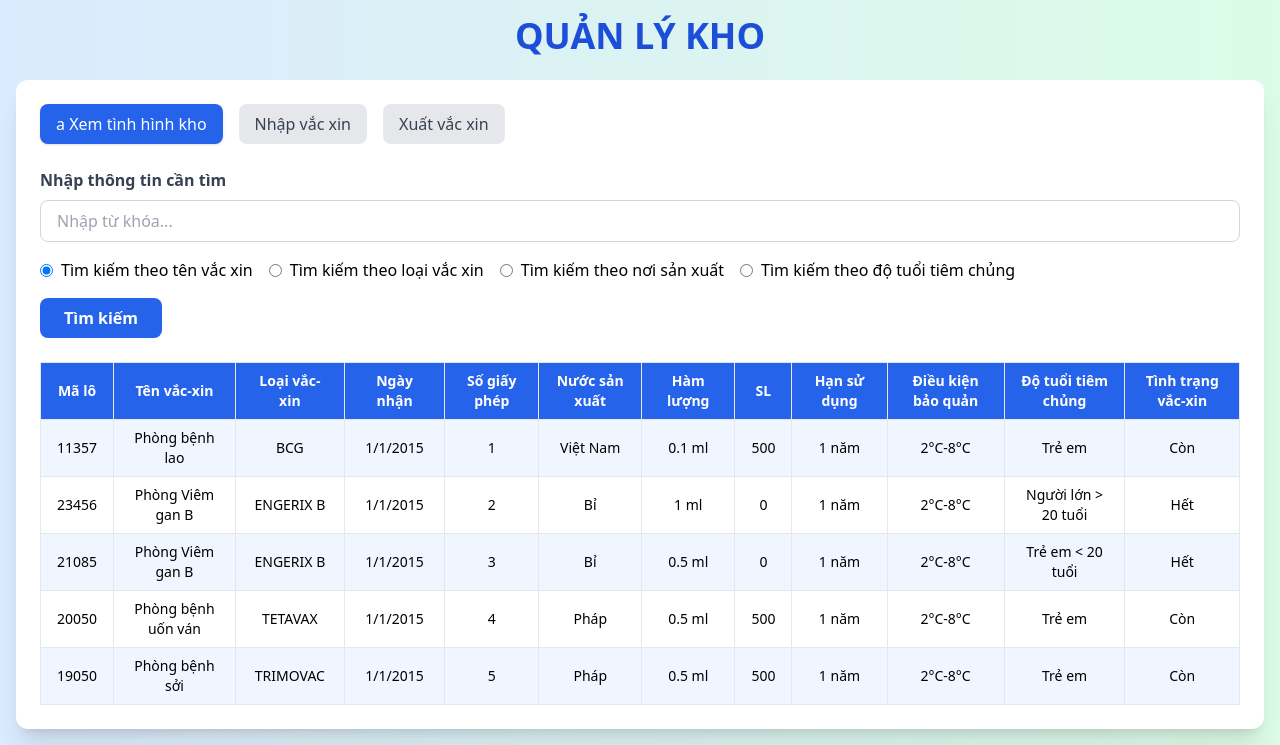
Repository: junior-viet-tri-dao/vaccination-project
Page: vaccination/bin/src/main/resources/templates/warehouse.html
The author's editor kept a copy of each file at every save. The page is drawn from the files as they stood at one save, then again after the next save.
The browser window is 1280 px wide. The pictures show the whole page.
Some web libraries are served in a nearby version.

Above is the page before, as saved 2025-09-03 21:26:22.

### vaccination/bin/src/main/resources/templates/warehouse.html
<!DOCTYPE html>
<html xmlns:th="http://www.thymeleaf.org" lang="vi">
    <head>
        <meta charset="UTF-8" />
        <title>Quản lý kho vắc xin</title>
        <meta name="viewport" content="width=device-width, initial-scale=1.0" />
        <script src="https://cdn.tailwindcss.com"></script>
    </head>
    <body class="bg-gradient-to-r from-blue-100 to-green-100 min-h-screen p-4">
        <!-- Tiêu đề trang -->
        <div class="max-w-7xl mx-auto mb-6">
            <h1 class="text-4xl font-bold text-blue-700 text-center uppercase">
                Quản lý kho
            </h1>
        </div>

        <div class="max-w-7xl mx-auto bg-white shadow-xl rounded-xl p-6">
            <!-- Tabs -->
            <div class="flex space-x-4 mb-6">
                <button
                    class="bg-blue-600 text-white px-4 py-2 rounded-lg shadow"
                >
                    a Xem tình hình kho
                </button>
                <button
                    class="bg-gray-200 text-gray-700 px-4 py-2 rounded-lg hover:bg-gray-300"
                >
                    Nhập vắc xin
                </button>
                <button
                    class="bg-gray-200 text-gray-700 px-4 py-2 rounded-lg hover:bg-gray-300"
                >
                    Xuất vắc xin
                </button>
            </div>

            <!-- Tìm kiếm -->
            <div class="mb-6">
                <label class="block mb-2 font-semibold text-gray-700"
                    >Nhập thông tin cần tìm</label
                >
                <input
                    type="text"
                    placeholder="Nhập từ khóa..."
                    class="w-full mb-4 px-4 py-2 border border-gray-300 rounded-lg focus:ring-2 focus:ring-blue-500"
                />

                <div
                    class="space-y-2 md:space-y-0 md:flex md:items-center md:space-x-4"
                >
                    <label class="flex items-center">
                        <input
                            type="radio"
                            name="searchType"
                            value="name"
                            checked
                            class="mr-2"
                        />
                        Tìm kiếm theo tên vắc xin
                    </label>
                    <label class="flex items-center">
                        <input
                            type="radio"
                            name="searchType"
                            value="type"
                            class="mr-2"
                        />
                        Tìm kiếm theo loại vắc xin
                    </label>
                    <label class="flex items-center">
                        <input
                            type="radio"
                            name="searchType"
                            value="origin"
                            class="mr-2"
                        />
                        Tìm kiếm theo nơi sản xuất
                    </label>
                    <label class="flex items-center">
                        <input
                            type="radio"
                            name="searchType"
                            value="age"
                            class="mr-2"
                        />
                        Tìm kiếm theo độ tuổi tiêm chủng
                    </label>
                </div>

                <button
                    class="mt-4 bg-blue-600 hover:bg-blue-700 text-white px-6 py-2 rounded-lg font-semibold transition"
                >
                    Tìm kiếm
                </button>
            </div>
            <!-- Bảng dữ liệu -->
            <div class="overflow-x-auto">
                <table class="min-w-full table-auto border border-gray-300">
                    <thead class="bg-blue-600 text-white text-sm">
                        <tr>
                            <th class="px-4 py-2 border">Mã lô</th>
                            <th class="px-4 py-2 border">Tên vắc-xin</th>
                            <th class="px-4 py-2 border">Loại vắc-xin</th>
                            <th class="px-4 py-2 border">Ngày nhận</th>
                            <th class="px-4 py-2 border">Số giấy phép</th>
                            <th class="px-4 py-2 border">Nước sản xuất</th>
                            <th class="px-4 py-2 border">Hàm lượng</th>
                            <th class="px-4 py-2 border">SL</th>
                            <th class="px-4 py-2 border">Hạn sử dụng</th>
                            <th class="px-4 py-2 border">Điều kiện bảo quản</th>
                            <th class="px-4 py-2 border">Độ tuổi tiêm chủng</th>
                            <th class="px-4 py-2 border">Tình trạng vắc-xin</th>
                        </tr>
                    </thead>
                    <tbody class="text-sm text-center bg-white">
                        <tr class="bg-blue-50">
                            <td class="px-4 py-2 border">11357</td>
                            <td class="px-4 py-2 border">Phòng bệnh lao</td>
                            <td class="px-4 py-2 border">BCG</td>
                            <td class="px-4 py-2 border">1/1/2015</td>
                            <td class="px-4 py-2 border">1</td>
                            <td class="px-4 py-2 border">Việt Nam</td>
                            <td class="px-4 py-2 border">0.1 ml</td>
                            <td class="px-4 py-2 border">500</td>
                            <td class="px-4 py-2 border">1 năm</td>
                            <td class="px-4 py-2 border">2°C-8°C</td>
                            <td class="px-4 py-2 border">Trẻ em</td>
                            <td class="px-4 py-2 border">Còn</td>
                        </tr>
                        <tr>
                            <td class="px-4 py-2 border">23456</td>
                            <td class="px-4 py-2 border">Phòng Viêm gan B</td>
                            <td class="px-4 py-2 border">ENGERIX B</td>
                            <td class="px-4 py-2 border">1/1/2015</td>
                            <td class="px-4 py-2 border">2</td>
                            <td class="px-4 py-2 border">Bỉ</td>
                            <td class="px-4 py-2 border">1 ml</td>
                            <td class="px-4 py-2 border">0</td>
                            <td class="px-4 py-2 border">1 năm</td>
                            <td class="px-4 py-2 border">2°C-8°C</td>
                            <td class="px-4 py-2 border">
                                Người lớn &gt; 20 tuổi
                            </td>
                            <td class="px-4 py-2 border">Hết</td>
                        </tr>
                        <tr class="bg-blue-50">
                            <td class="px-4 py-2 border">21085</td>
                            <td class="px-4 py-2 border">Phòng Viêm gan B</td>
                            <td class="px-4 py-2 border">ENGERIX B</td>
                            <td class="px-4 py-2 border">1/1/2015</td>
                            <td class="px-4 py-2 border">3</td>
                            <td class="px-4 py-2 border">Bỉ</td>
                            <td class="px-4 py-2 border">0.5 ml</td>
                            <td class="px-4 py-2 border">0</td>
                            <td class="px-4 py-2 border">1 năm</td>
                            <td class="px-4 py-2 border">2°C-8°C</td>
                            <td class="px-4 py-2 border">
                                Trẻ em &lt; 20 tuổi
                            </td>
                            <td class="px-4 py-2 border">Hết</td>
                        </tr>
                        <tr>
                            <td class="px-4 py-2 border">20050</td>
                            <td class="px-4 py-2 border">Phòng bệnh uốn ván</td>
                            <td class="px-4 py-2 border">TETAVAX</td>
                            <td class="px-4 py-2 border">1/1/2015</td>
                            <td class="px-4 py-2 border">4</td>
                            <td class="px-4 py-2 border">Pháp</td>
                            <td class="px-4 py-2 border">0.5 ml</td>
                            <td class="px-4 py-2 border">500</td>
                            <td class="px-4 py-2 border">1 năm</td>
                            <td class="px-4 py-2 border">2°C-8°C</td>
                            <td class="px-4 py-2 border">Trẻ em</td>
                            <td class="px-4 py-2 border">Còn</td>
                        </tr>
                        <tr class="bg-blue-50">
                            <td class="px-4 py-2 border">19050</td>
                            <td class="px-4 py-2 border">Phòng bệnh sởi</td>
                            <td class="px-4 py-2 border">TRIMOVAC</td>
                            <td class="px-4 py-2 border">1/1/2015</td>
                            <td class="px-4 py-2 border">5</td>
                            <td class="px-4 py-2 border">Pháp</td>
                            <td class="px-4 py-2 border">0.5 ml</td>
                            <td class="px-4 py-2 border">500</td>
                            <td class="px-4 py-2 border">1 năm</td>
                            <td class="px-4 py-2 border">2°C-8°C</td>
                            <td class="px-4 py-2 border">Trẻ em</td>
                            <td class="px-4 py-2 border">Còn</td>
                        </tr>
                    </tbody>
                </table>
            </div>
        </div>
    </body>
</html>

After the next save:
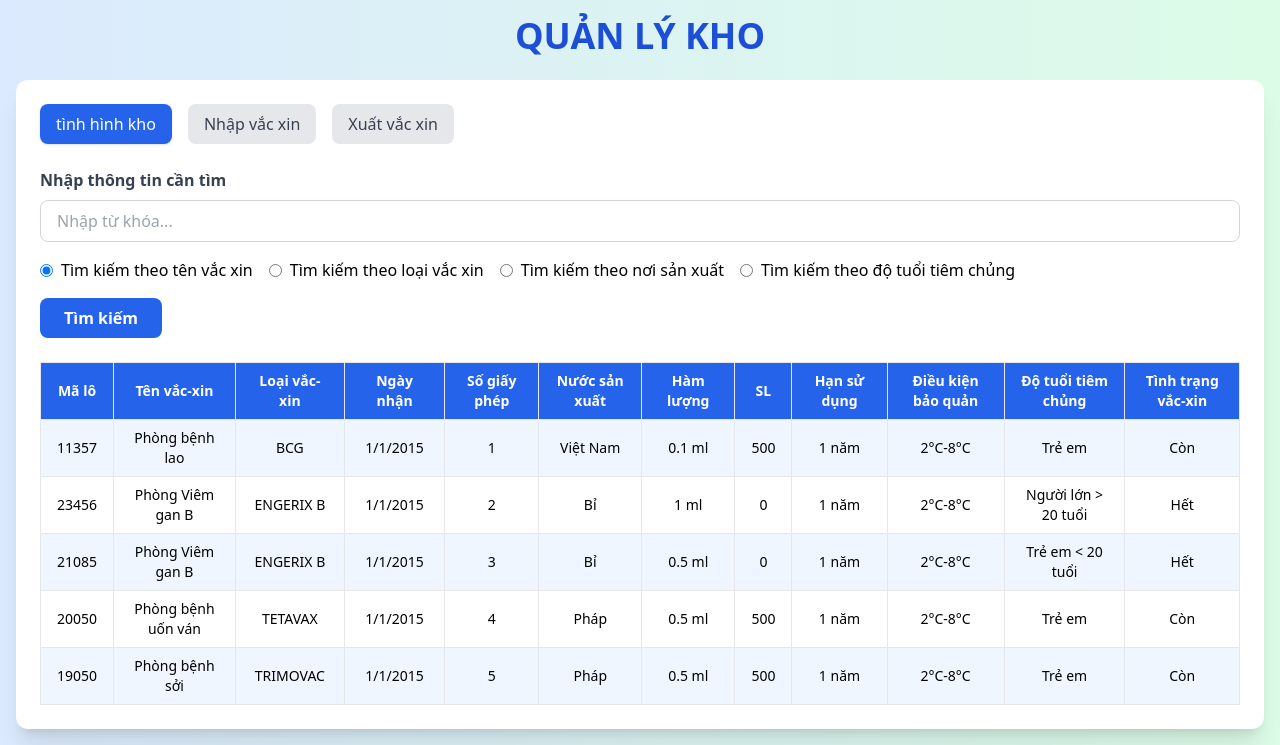
Saved 23 s later.
--- a/vaccination/bin/src/main/resources/templates/warehouse.html
+++ b/vaccination/bin/src/main/resources/templates/warehouse.html
@@ -20,7 +20,7 @@
                 <button
                     class="bg-blue-600 text-white px-4 py-2 rounded-lg shadow"
                 >
-                    a Xem tình hình kho
+                    tình hình kho
                 </button>
                 <button
                     class="bg-gray-200 text-gray-700 px-4 py-2 rounded-lg hover:bg-gray-300"
